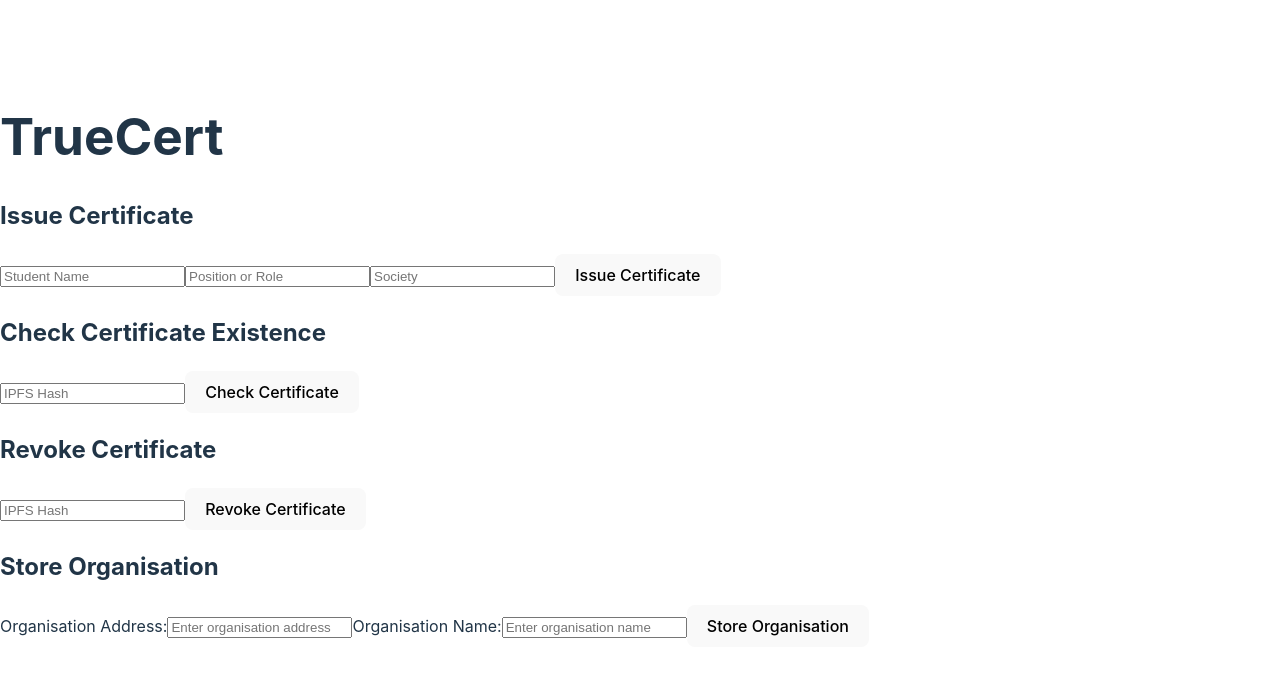
Repository: virtualvasu/TrueCert
Page: / (app in client/)
The author's editor kept a copy of each file at every save. The page is drawn from the files as they stood at one save, then again after the next save.
The browser window is 1280 px wide. The pictures show the whole page.
The project was rebuilt for these pictures with package versions that can differ from the ones it lists, and the page was loaded fresh each time. Also part of the build but not shown: client/vite.config.js.

Above is the page before, as saved 2025-01-07 23:22:38.

### client/index.html
<!doctype html>
<html lang="en">
  <head>
    <meta charset="UTF-8" />
    <link rel="icon" type="image/svg+xml" href="/vite.svg" />
    <meta name="viewport" content="width=device-width, initial-scale=1.0" />
    <title>TrueCert</title>
  </head>
  <body>
    <div id="root"></div>
    <script type="module" src="/src/main.jsx"></script>

  </body>
</html>

### client/src/App.jsx
import React from 'react';
import IssueCertificate from './components/organisation/IssueCertificate';
import CheckCertificate from './components/organisation/CheckCertificate';
import RevokeCertificate from './components/organisation/RevokeCertificate';
import StoreOrganisation from './components/organisation/StoreOrganisation';

function App() {
    return (
        <div>
            <h1>TrueCert</h1>
            <IssueCertificate />
            <CheckCertificate />
            <RevokeCertificate />
            <StoreOrganisation />
        </div>
    );
}

export default App;

### client/src/components/organisation/CheckCertificate.jsx
import React, { useState } from 'react';
import Web3 from 'web3';

const contractAddress = '0x8f5f84d66D04BcAe4DdBfe4F7939Ef46B4639880'; // Replace with your contract address

const contractABI = [
    // The contract ABI remains the same as before
    {
        "inputs": [
            {
                "internalType": "string",
                "name": "",
                "type": "string"
            }
        ],
        "name": "certificates",
        "outputs": [
            {
                "internalType": "address",
                "name": "issuerAddress",
                "type": "address"
            },
            {
                "internalType": "uint256",
                "name": "timeStamp",
                "type": "uint256"
            },
            {
                "internalType": "bool",
                "name": "isRevoked",
                "type": "bool"
            }
        ],
        "stateMutability": "view",
        "type": "function"
    },
    {
        "inputs": [
            {
                "internalType": "string",
                "name": "_ipfsHash",
                "type": "string"
            },
            {
                "internalType": "address",
                "name": "_issuerAddress",
                "type": "address"
            }
        ],
        "name": "checkExistence",
        "outputs": [
            {
                "internalType": "bool",
                "name": "",
                "type": "bool"
            }
        ],
        "stateMutability": "view",
        "type": "function"
    },
    {
        "inputs": [
            {
                "internalType": "string",
                "name": "_orgAddress",
                "type": "string"
            }
        ],
        "name": "checkOganisationExistence",
        "outputs": [
            {
                "internalType": "bool",
                "name": "",
                "type": "bool"
            }
        ],
        "stateMutability": "view",
        "type": "function"
    },
    {
        "inputs": [
            {
                "internalType": "string",
                "name": "_ipfsHash",
                "type": "string"
            }
        ],
        "name": "getCertificate",
        "outputs": [
            {
                "internalType": "address",
                "name": "issuerAddress",
                "type": "address"
            },
            {
                "internalType": "uint256",
                "name": "timeStamp",
                "type": "uint256"
            },
            {
                "internalType": "bool",
                "name": "isRevoked",
                "type": "bool"
            }
        ],
        "stateMutability": "view",
        "type": "function"
    },
    {
        "inputs": [
            {
                "internalType": "string",
                "name": "",
                "type": "string"
            }
        ],
        "name": "organisations",
        "outputs": [
            {
                "internalType": "string",
                "name": "",
                "type": "string"
            }
        ],
        "stateMutability": "view",
        "type": "function"
    },
    {
        "inputs": [
            {
                "internalType": "string",
                "name": "_ipfsHash",
                "type": "string"
            }
        ],
        "name": "revokeCertificate",
        "outputs": [
            {
                "internalType": "bool",
                "name": "",
                "type": "bool"
            }
        ],
        "stateMutability": "nonpayable",
        "type": "function"
    },
    {
        "inputs": [
            {
                "internalType": "string",
                "name": "_ipfsHash",
                "type": "string"
            },
            {
                "internalType": "address",
                "name": "_issuerAddress",
                "type": "address"
            }
        ],
        "name": "storeCertificate",
        "outputs": [],
        "stateMutability": "nonpayable",
        "type": "function"
    },
    {
        "inputs": [
            {
                "internalType": "string",
                "name": "_orgAddress",
                "type": "string"
            },
            {
                "internalType": "string",
                "name": "_orgName",
                "type": "string"
            }
        ],
        "name": "storeOrganisation",
        "outputs": [],
        "stateMutability": "nonpayable",
        "type": "function"
    }
];

const CheckCertificate = () => {
    const [ipfsHash, setIpfsHash] = useState('');

    async function initializeWeb3() {
        if (typeof window.ethereum === 'undefined') {
            alert('MetaMask is not installed. Please install MetaMask to proceed.');
            throw new Error('MetaMask not found.');
        }
        const web3 = new Web3(window.ethereum);
        const accounts = await window.ethereum.request({ method: 'eth_requestAccounts' });
        if (!accounts || accounts.length === 0) {
            alert('MetaMask is not connected. Please connect your account.');
            throw new Error('No MetaMask account connected.');
        }
        return { web3, userAccount: accounts[0] };
    }

    const handleCheckCertificate = async () => {
        try {
            const { web3 } = await initializeWeb3();
            if (!ipfsHash) {
                alert('Please enter an IPFS hash.');
                return;
            }
            const contract = new web3.eth.Contract(contractABI, contractAddress);
            const exists = await contract.methods.checkExistence(ipfsHash).call();
            alert(exists ? "Certificate exists on the blockchain." : "Certificate does not exist.");
        } catch (error) {
            console.error("Error:", error.message);
            alert(`Error: ${error.message}`);
        }
    };

    return (
        <div>
            <h2>Check Certificate Existence</h2>
            <input type="text" value={ipfsHash} onChange={(e) => setIpfsHash(e.target.value)} placeholder="IPFS Hash" required />
            <button onClick={handleCheckCertificate}>Check Certificate</button>
        </div>
    );
};

export default CheckCertificate;

### client/src/components/organisation/RevokeCertificate.jsx
import React, { useState } from 'react';
import Web3 from 'web3';

const contractAddress = '0x8f5f84d66D04BcAe4DdBfe4F7939Ef46B4639880'; // Replace with your contract address

const contractABI = [
    // The contract ABI remains the same as before
    {
        "inputs": [
            {
                "internalType": "string",
                "name": "",
                "type": "string"
            }
        ],
        "name": "certificates",
        "outputs": [
            {
                "internalType": "address",
                "name": "issuerAddress",
                "type": "address"
            },
            {
                "internalType": "uint256",
                "name": "timeStamp",
                "type": "uint256"
            },
            {
                "internalType": "bool",
                "name": "isRevoked",
                "type": "bool"
            }
        ],
        "stateMutability": "view",
        "type": "function"
    },
    {
        "inputs": [
            {
                "internalType": "string",
                "name": "_ipfsHash",
                "type": "string"
            },
            {
                "internalType": "address",
                "name": "_issuerAddress",
                "type": "address"
            }
        ],
        "name": "checkExistence",
        "outputs": [
            {
                "internalType": "bool",
                "name": "",
                "type": "bool"
            }
        ],
        "stateMutability": "view",
        "type": "function"
    },
    {
        "inputs": [
            {
                "internalType": "string",
                "name": "_orgAddress",
                "type": "string"
            }
        ],
        "name": "checkOganisationExistence",
        "outputs": [
            {
                "internalType": "bool",
                "name": "",
                "type": "bool"
            }
        ],
        "stateMutability": "view",
        "type": "function"
    },
    {
        "inputs": [
            {
                "internalType": "string",
                "name": "_ipfsHash",
                "type": "string"
            }
        ],
        "name": "getCertificate",
        "outputs": [
            {
                "internalType": "address",
                "name": "issuerAddress",
                "type": "address"
            },
            {
                "internalType": "uint256",
                "name": "timeStamp",
                "type": "uint256"
            },
            {
                "internalType": "bool",
                "name": "isRevoked",
                "type": "bool"
            }
        ],
        "stateMutability": "view",
        "type": "function"
    },
    {
        "inputs": [
            {
                "internalType": "string",
                "name": "",
                "type": "string"
            }
        ],
        "name": "organisations",
        "outputs": [
            {
                "internalType": "string",
                "name": "",
                "type": "string"
            }
        ],
        "stateMutability": "view",
        "type": "function"
    },
    {
        "inputs": [
            {
                "internalType": "string",
                "name": "_ipfsHash",
                "type": "string"
            }
        ],
        "name": "revokeCertificate",
        "outputs": [
            {
                "internalType": "bool",
                "name": "",
                "type": "bool"
            }
        ],
        "stateMutability": "nonpayable",
        "type": "function"
    },
    {
        "inputs": [
            {
                "internalType": "string",
                "name": "_ipfsHash",
                "type": "string"
            },
            {
                "internalType": "address",
                "name": "_issuerAddress",
                "type": "address"
            }
        ],
        "name": "storeCertificate",
        "outputs": [],
        "stateMutability": "nonpayable",
        "type": "function"
    },
    {
        "inputs": [
            {
                "internalType": "string",
                "name": "_orgAddress",
                "type": "string"
            },
            {
                "internalType": "string",
                "name": "_orgName",
                "type": "string"
            }
        ],
        "name": "storeOrganisation",
        "outputs": [],
        "stateMutability": "nonpayable",
        "type": "function"
    }
];

const RevokeCertificate = () => {
    const [revokeIpfsHash, setRevokeIpfsHash] = useState('');

    async function initializeWeb3() {
        if (typeof window.ethereum === 'undefined') {
          alert('MetaMask is not installed. Please install MetaMask to proceed.');
          throw new Error('MetaMask not found.');
      }
      const web3 = new Web3(window.ethereum);
      const accounts = await window.ethereum.request({ method: 'eth_requestAccounts' });
      if (!accounts || accounts.length === 0) {
          alert('MetaMask is not connected. Please connect your account.');
          throw new Error('No MetaMask account connected.');
      }
      return { web3, userAccount: accounts[0] };
  }

  const handleRevokeCertificate = async () => {
      try {
          const { web3 } = await initializeWeb3();
          if (!revokeIpfsHash) {
              alert('Please enter an IPFS hash.');
              return;
          }
          const contract = new web3.eth.Contract(contractABI, contractAddress);
          const transaction = await contract.methods.revokeCertificate(revokeIpfsHash).send({ from: userAccount });
          alert(`Certificate revoked! Transaction Hash: ${transaction.transactionHash}`);
      } catch (error) {
          console.error("Error:", error.message);
          alert(`Error: ${error.message}`);
      }
  };

  return (
      <div>
          <h2>Revoke Certificate</h2>
          <input type="text" value={revokeIpfsHash} onChange={(e) => setRevokeIpfsHash(e.target.value)} placeholder="IPFS Hash" required />
          <button onClick={handleRevokeCertificate}>Revoke Certificate</button>
      </div>
  );
};

export default RevokeCertificate;

### client/src/components/organisation/StoreOrganisation.jsx
import React, { useState } from 'react';
import Web3 from 'web3';

const contractAddress = '0x8f5f84d66D04BcAe4DdBfe4F7939Ef46B4639880'; // Replace with your contract address

const contractABI = [
    // The contract ABI remains the same as before
    {
        "inputs": [
            {
                "internalType": "string",
                "name": "",
                "type": "string"
            }
        ],
        "name": "certificates",
        "outputs": [
            {
                "internalType": "address",
                "name": "issuerAddress",
                "type": "address"
            },
            {
                "internalType": "uint256",
                "name": "timeStamp",
                "type": "uint256"
            },
            {
                "internalType": "bool",
                "name": "isRevoked",
                "type": "bool"
            }
        ],
        "stateMutability": "view",
        "type": "function"
    },
    {
        "inputs": [
            {
                "internalType": "string",
                "name": "_ipfsHash",
                "type": "string"
            },
            {
                "internalType": "address",
                "name": "_issuerAddress",
                "type": "address"
            }
        ],
        "name": "checkExistence",
        "outputs": [
            {
                "internalType": "bool",
                "name": "",
                "type": "bool"
            }
        ],
        "stateMutability": "view",
        "type": "function"
    },
    {
        "inputs": [
            {
                "internalType": "string",
                "name": "_orgAddress",
                "type": "string"
            }
        ],
        "name": "checkOganisationExistence",
        "outputs": [
            {
                "internalType": "bool",
                "name": "",
                "type": "bool"
            }
        ],
        "stateMutability": "view",
        "type": "function"
    },
    {
        "inputs": [
            {
                "internalType": "string",
                "name": "_ipfsHash",
                "type": "string"
            }
        ],
        "name": "getCertificate",
        "outputs": [
            {
                "internalType": "address",
                "name": "issuerAddress",
                "type": "address"
            },
            {
                "internalType": "uint256",
                "name": "timeStamp",
                "type": "uint256"
            },
            {
                "internalType": "bool",
                "name": "isRevoked",
                "type": "bool"
            }
        ],
        "stateMutability": "view",
        "type": "function"
    },
    {
        "inputs": [
            {
                "internalType": "string",
                "name": "",
                "type": "string"
            }
        ],
        "name": "organisations",
        "outputs": [
            {
                "internalType": "string",
                "name": "",
                "type": "string"
            }
        ],
        "stateMutability": "view",
        "type": "function"
    },
    {
        "inputs": [
            {
                "internalType": "string",
                "name": "_ipfsHash",
                "type": "string"
            }
        ],
        "name": "revokeCertificate",
        "outputs": [
            {
                "internalType": "bool",
                "name": "",
                "type": "bool"
            }
        ],
        "stateMutability": "nonpayable",
        "type": "function"
    },
    {
        "inputs": [
            {
                "internalType": "string",
                "name": "_ipfsHash",
                "type": "string"
            },
            {
                "internalType": "address",
                "name": "_issuerAddress",
                "type": "address"
            }
        ],
        "name": "storeCertificate",
        "outputs": [],
        "stateMutability": "nonpayable",
        "type": "function"
    },
    {
        "inputs": [
            {
                "internalType": "string",
                "name": "_orgAddress",
                "type": "string"
            },
            {
                "internalType": "string",
                "name": "_orgName",
                "type": "string"
            }
        ],
        "name": "storeOrganisation",
        "outputs": [],
        "stateMutability": "nonpayable",
        "type": "function"
    }
];

const StoreOrganisation = () => {
    const [orgAddress, setOrgAddress] = useState('');
    const [orgName, setOrgName] = useState('');

    async function initializeWeb3() {
        if (typeof window.ethereum === 'undefined') {
          alert('MetaMask is not installed. Please install MetaMask to proceed.');
          throw new Error('MetaMask not found.');
      }
      const web3 = new Web3(window.ethereum);
      const accounts = await window.ethereum.request({ method: 'eth_requestAccounts' });
      if (!accounts || accounts.length === 0) {
          alert('MetaMask is not connected. Please connect your account.');
          throw new Error('No MetaMask account connected.');
      }
      return { web3, userAccount: accounts[0] };
  }

  async function handleStoreOrganisation() {
      try {
          const { web3, userAccount } = await initializeWeb3();
          // Replace with actual admin address for validation
          const adminAddress = '0x3d7178de2a7d863629d429635db30a687a0a2f65';

          if (userAccount.toLowerCase() !== adminAddress.toLowerCase()) {
              alert('You must be the admin to store the organisation. Please switch to the admin account.');
              return;
          }

          if (!orgAddress || !orgName) {
              alert('Please fill in both fields.');
              return;
          }

          const contract = new web3.eth.Contract(contractABI, contractAddress);
          const transaction = await contract.methods.storeOrganisation(orgAddress, orgName).send({ from: userAccount });

          alert(`Organisation stored on blockchain! Transaction Hash: ${transaction.transactionHash}`);
      } catch (error) {
          console.error("Error:", error.message);
          alert(`Error: ${error.message}`);
      }
  }

  return (
      <div>
          <h2>Store Organisation</h2>
          <label htmlFor="orgAddress">Organisation Address:</label>
          <input type="text" value={orgAddress} onChange={(e) => setOrgAddress(e.target.value)} placeholder="Enter organisation address"/>
          <label htmlFor="orgName">Organisation Name:</label>
          <input type="text" value={orgName} onChange={(e) => setOrgName(e.target.value)} placeholder="Enter organisation name"/>
          <button onClick={handleStoreOrganisation}>Store Organisation</button>
      </div>
  );
};

export default StoreOrganisation;

Loaded but not shown: client/src/main.jsx (common file); client/src/index.css (common file); client/src/components/organisation/IssueCertificate.jsx (244 lines, source omitted)

After the next save:
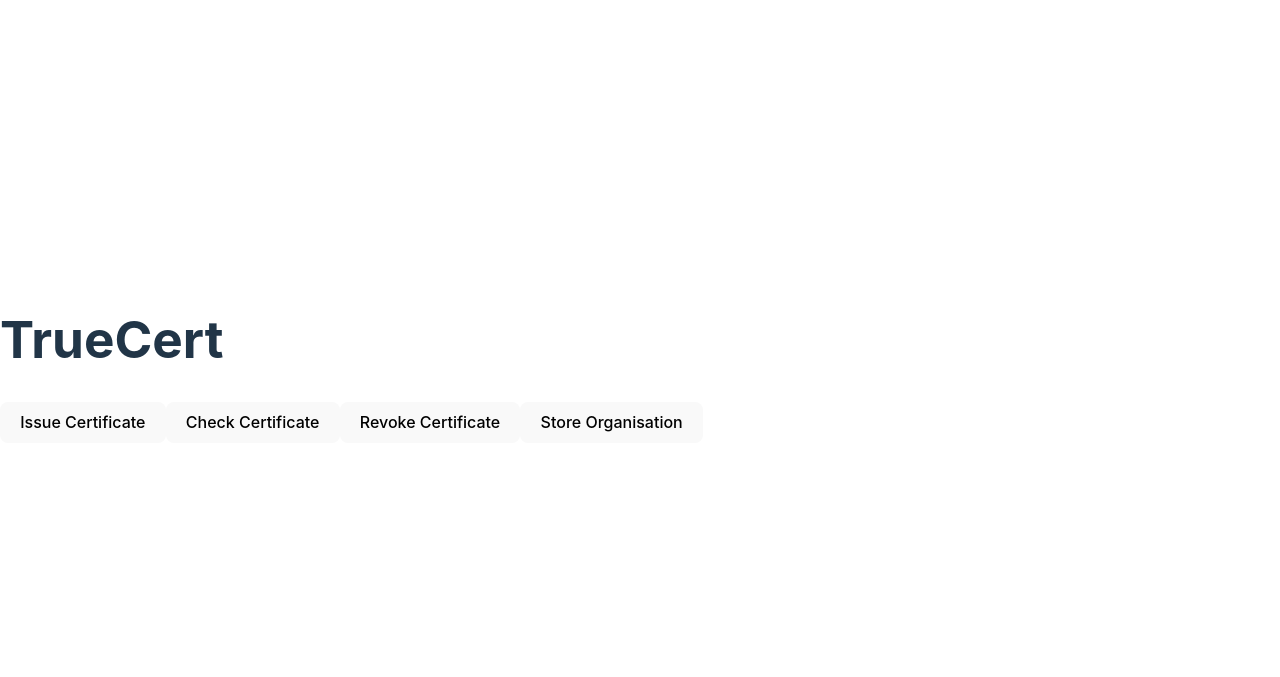
Saved 12 min 20 s later.
--- a/client/src/App.jsx
+++ b/client/src/App.jsx
@@ -1,17 +1,47 @@
-import React from 'react';
+import React, { useState } from 'react';
 import IssueCertificate from './components/organisation/IssueCertificate';
 import CheckCertificate from './components/organisation/CheckCertificate';
 import RevokeCertificate from './components/organisation/RevokeCertificate';
 import StoreOrganisation from './components/organisation/StoreOrganisation';
 
 function App() {
+    const [activeComponent, setActiveComponent] = useState(null);
+
     return (
-        <div>
-            <h1>TrueCert</h1>
-            <IssueCertificate />
-            <CheckCertificate />
-            <RevokeCertificate />
-            <StoreOrganisation />
+        <div className="p-4 bg-gray-100 min-h-screen">
+            <h1 className="text-3xl font-bold text-center mb-8">TrueCert</h1>
+            <div className="flex justify-center space-x-4 mb-8">
+                <button
+                    onClick={() => setActiveComponent('IssueCertificate')}
+                    className="px-4 py-2 bg-blue-500 text-white rounded hover:bg-blue-600"
+                >
+                    Issue Certificate
+                </button>
+                <button
+                    onClick={() => setActiveComponent('CheckCertificate')}
+                    className="px-4 py-2 bg-green-500 text-white rounded hover:bg-green-600"
+                >
+                    Check Certificate
+                </button>
+                <button
+                    onClick={() => setActiveComponent('RevokeCertificate')}
+                    className="px-4 py-2 bg-red-500 text-white rounded hover:bg-red-600"
+                >
+                    Revoke Certificate
+                </button>
+                <button
+                    onClick={() => setActiveComponent('StoreOrganisation')}
+                    className="px-4 py-2 bg-yellow-500 text-white rounded hover:bg-yellow-600"
+                >
+                    Store Organisation
+                </button>
+            </div>
+            <div className="bg-white p-4 rounded shadow">
+                {activeComponent === 'IssueCertificate' && <IssueCertificate />}
+                {activeComponent === 'CheckCertificate' && <CheckCertificate />}
+                {activeComponent === 'RevokeCertificate' && <RevokeCertificate />}
+                {activeComponent === 'StoreOrganisation' && <StoreOrganisation />}
+            </div>
         </div>
     );
 }
